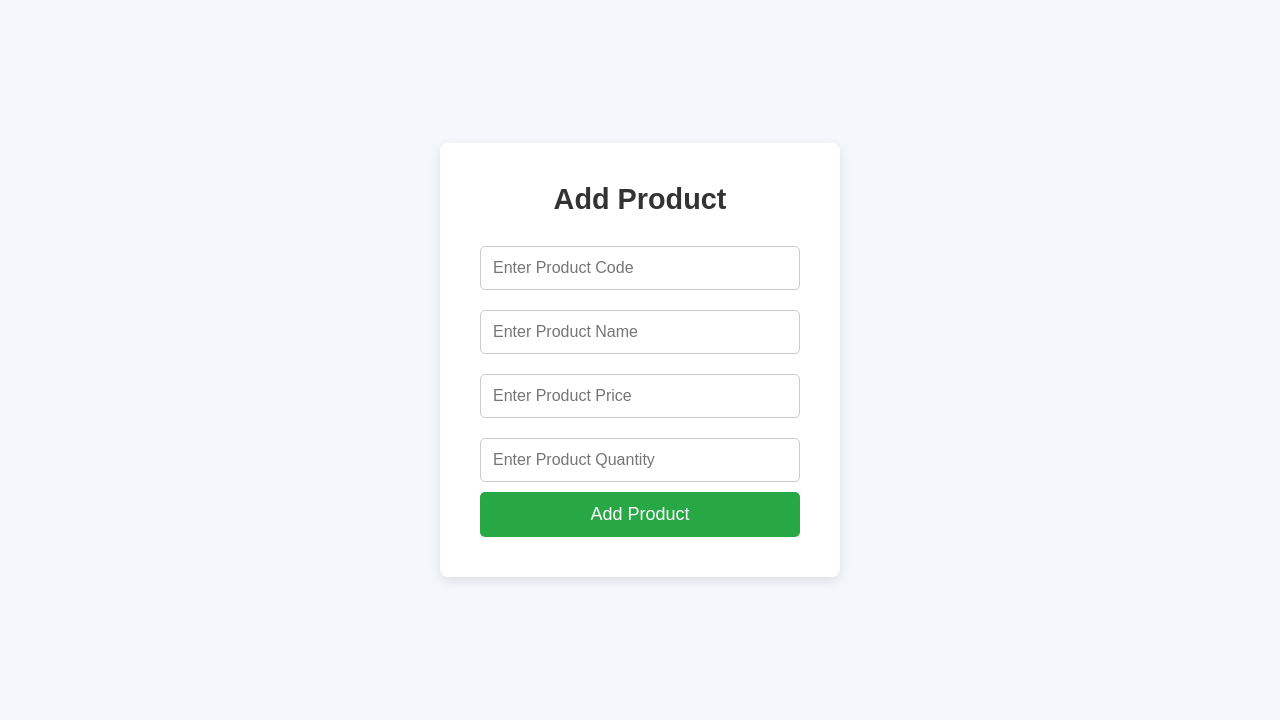
Repository: Purnima-Kushwah11/Online-Product-Management-System
Page: Application1CompleteDatabase/src/main/webapp/Product.html
These files come from the project's save history. The page is drawn as it stood at one moment and after the next save; the edit follows.
The browser window is 1280 px wide. The pictures show the whole page.

Above is the page before, as saved 2025-02-20 15:38:30.

After the next save:
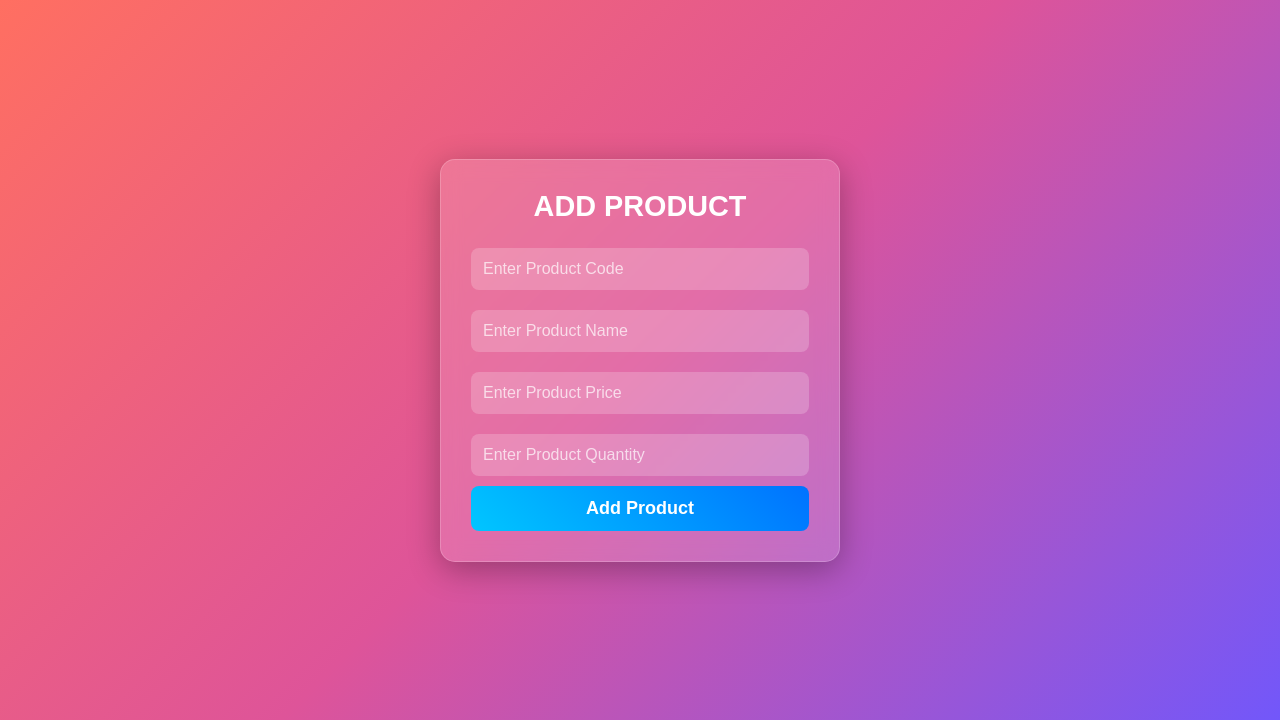
Saved 2 min 42 s later.
--- a/Application1CompleteDatabase/src/main/webapp/Product.html
+++ b/Application1CompleteDatabase/src/main/webapp/Product.html
@@ -5,68 +5,100 @@
     <meta name="viewport" content="width=device-width, initial-scale=1.0">
     <title>Add Product</title>
     <style>
+        /* Reset Styles */
         * {
             margin: 0;
             padding: 0;
             box-sizing: border-box;
+            font-family: 'Poppins', sans-serif;
         }
 
+        /* Gradient Background */
         body {
-            font-family: Arial, sans-serif;
-            background-color: #f4f7fc;
+            height: 100vh;
             display: flex;
             justify-content: center;
             align-items: center;
-            height: 100vh;
-            margin: 0;
+            background: linear-gradient(135deg, #FF6F61, #DE5499, #7257FA);
         }
 
+        /* Glassmorphic Form Container */
         .form-container {
-            background-color: #ffffff;
-            padding: 40px;
-            border-radius: 8px;
-            box-shadow: 0 4px 12px rgba(0, 0, 0, 0.1);
-            width: 100%;
-            max-width: 400px;
+            background: rgba(255, 255, 255, 0.15);
+            padding: 30px;
+            border-radius: 15px;
             text-align: center;
+            width: 400px;
+            box-shadow: 0 8px 32px rgba(0, 0, 0, 0.3);
+            backdrop-filter: blur(10px);
+            border: 1px solid rgba(255, 255, 255, 0.2);
+            animation: fadeIn 1s ease-in-out;
         }
 
+        /* Heading */
         h2 {
-            color: #333;
-            margin-bottom: 20px;
+            margin-bottom: 15px;
+            color: white;
             font-size: 1.8rem;
+            text-transform: uppercase;
         }
 
+        /* Input Fields */
         input[type="text"],
         input[type="number"] {
             width: 100%;
             padding: 12px;
             margin: 10px 0;
-            border: 1px solid #ccc;
-            border-radius: 5px;
+            border: none;
+            border-radius: 8px;
+            background: rgba(255, 255, 255, 0.2);
+            color: white;
             font-size: 16px;
             outline: none;
+            transition: 0.3s;
         }
 
+        input::placeholder {
+            color: rgba(255, 255, 255, 0.7);
+        }
+
+        /* Input Focus Effect */
+        input:focus {
+            background: rgba(255, 255, 255, 0.3);
+            border-left: 3px solid white;
+            padding-left: 15px;
+        }
+
+        /* Submit Button */
         input[type="submit"] {
             width: 100%;
             padding: 12px;
-            background-color: #28a745;
+            background: linear-gradient(45deg, #00c6ff, #0072ff);
             color: white;
             border: none;
-            border-radius: 5px;
             font-size: 18px;
+            font-weight: bold;
+            border-radius: 8px;
             cursor: pointer;
-            transition: background-color 0.3s;
+            transition: 0.3s;
         }
 
         input[type="submit"]:hover {
-            background-color: #218838;
+            transform: translateY(-2px);
+            box-shadow: 0 4px 15px rgba(0, 198, 255, 0.3);
         }
 
-        @media (max-width: 600px) {
+        /* Fade-in Animation */
+        @keyframes fadeIn {
+            from { opacity: 0; transform: translateY(-20px); }
+            to { opacity: 1; transform: translateY(0); }
+        }
+
+        /* Responsive Design */
+        @media (max-width: 450px) {
             .form-container {
-                padding: 30px;
+                width: 90%;
+                padding: 20px;
             }
 
             h2 {
@@ -84,19 +116,10 @@
     <div class="form-container">
         <h2>Add Product</h2>
         <form action="AddProduct" method="post">
-            <!-- Product Code -->
-            <input type="text" name="pcode" placeholder="Enter Product Code" required><br>
-
-            <!-- Product Name -->
-            <input type="text" name="pname" placeholder="Enter Product Name" required><br>
-
-            <!-- Product Price (changed to number) -->
-            <input type="number" name="pprice" placeholder="Enter Product Price" required><br>
-
-            <!-- Product Quantity (changed to number) -->
-            <input type="number" name="pqty" placeholder="Enter Product Quantity" required><br>
-
-            <!-- Submit Button -->
+            <input type="text" name="pcode" placeholder="Enter Product Code" required>
+            <input type="text" name="pname" placeholder="Enter Product Name" required>
+            <input type="number" name="pprice" placeholder="Enter Product Price" required>
+            <input type="number" name="pqty" placeholder="Enter Product Quantity" required>
             <input type="submit" value="Add Product">
         </form>
     </div>
